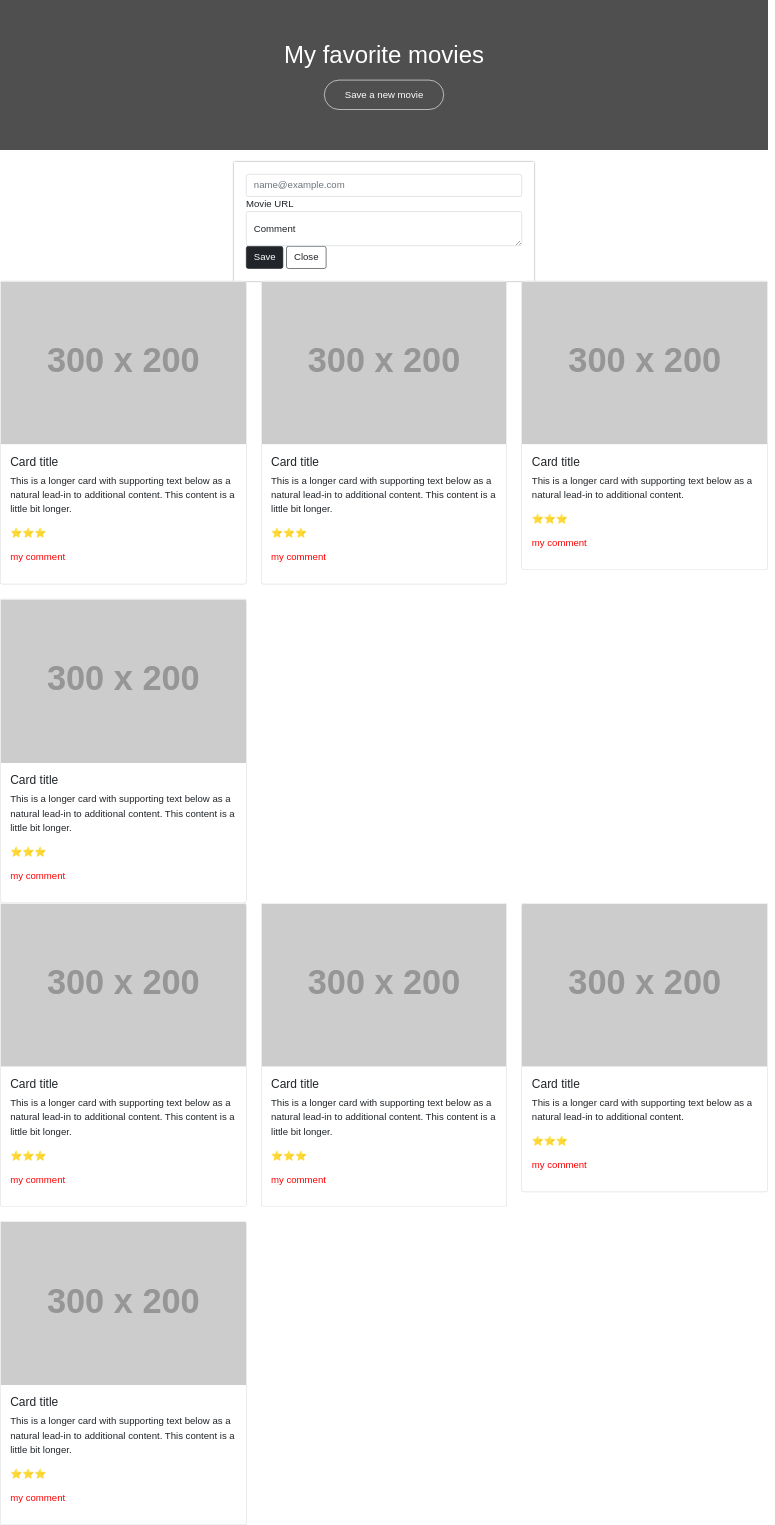
Repository: sinayaka-body/sparta
Page: frontend/bootstrap.html
An editor plug-in stored every save of this project. The page is shown before and after the next save, followed by the edit.
The browser window is 1280 px wide. The page is 1292 px wide, so the pictures cover 1292 px, including what lies to the right of the window. The pictures show the whole page, at 60% of full size.
Pictures or frames that could not be fetched are drawn as grey boxes. Some web fonts or font styles are not loaded; a fallback is used.

Above is the page before, as saved 2023-04-15 16:45:19.

After the next save:
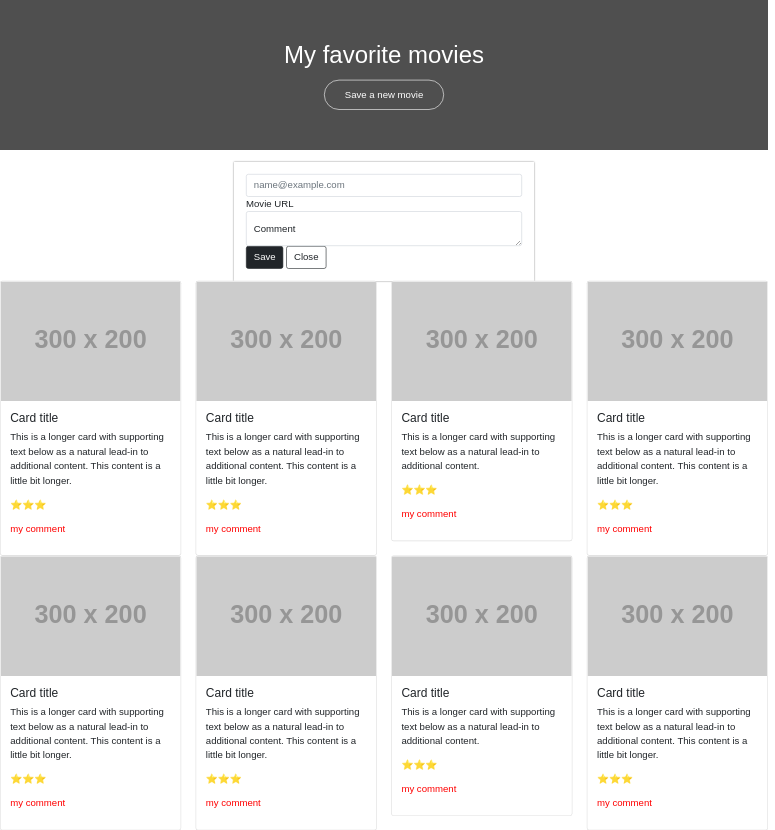
Saved 23 s later.
--- a/frontend/bootstrap.html
+++ b/frontend/bootstrap.html
@@ -88,7 +88,7 @@
       </div>
     </div>
 
-    <div class="row row-cols-1 row-cols-md-3 g-4">
+    <div class="row row-cols-1 row-cols-md-4 g-4">
       <div class="col">
         <div class="card">
           <img src="https://placehold.jp/300x200.png" class="card-img-top" alt="..." />
@@ -134,7 +134,7 @@
         </div>
       </div>
     </div>
-    <div class="row row-cols-1 row-cols-md-3 g-4">
+    <div class="row row-cols-1 row-cols-md-4 g-4">
       <div class="col">
         <div class="card">
           <img src="https://placehold.jp/300x200.png" class="card-img-top" alt="..." />
